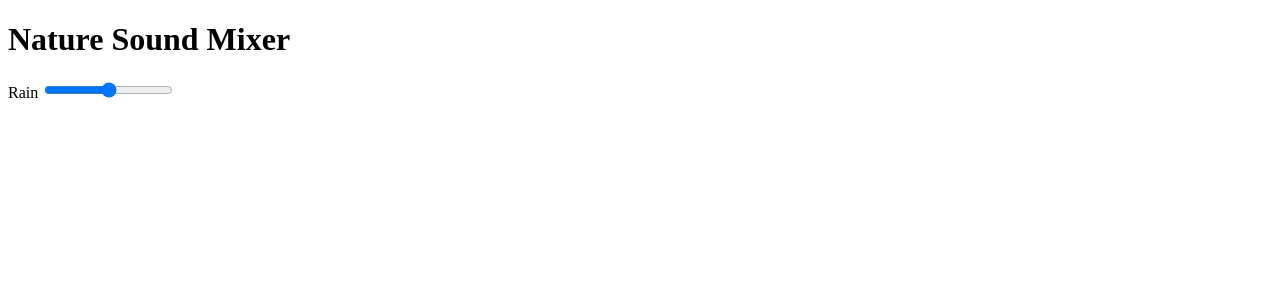
Repository: Suonii/nature-sound-mixer
Page: index.html
The author's editor kept a copy of each file at every save. The page is drawn from the files as they stood at one save, then again after a run of saves.
The browser window is 1280 px wide. The pictures show the whole page.

Above is the page before, as saved 2024-07-24 09:28:40.

### index.html
<!DOCTYPE html>
<!-- Declares the document type and version of HTML-->
<html lang="en">
<!-- Sets the language attribute to english-->
<head>
    <!--sets the character encoding for the document UTF-8-->
    <meta charset="UTF=8">
    <!--ensures the page is responsive to different screen sizes and sets the viewport(the visible area of a webpage)-->
    <meta name="viewport" content="width=device-width, initial-scale=1.0">
    <!--the title of the webpage, displayed in the browser tab-->
    <title>Nature Sound Mixer</title>
    <!--links to the external css file for styling the webpage-->
    <link rel="stylesheet" href="styles.css">

</head>
<body>
    <!--The main container for te content of the web page-->
    <div class="container">
        <!--header title for the nature sound mixer-->
        <h1>Nature Sound Mixer</h1>

        <!--sound control section for rain sound-->
        <div class="sound control" id="rain">
            <!--label for the rain volume slider-->
            <label for="rain-slider">Rain</label>
            <!--Range input slider for controlling rain sound volume-->
            <input type="range" min="0"
    </div>
</body>

Loaded but not shown: styles.css (no copy from this time; the picture is the same without it)

After the next 5 saves:
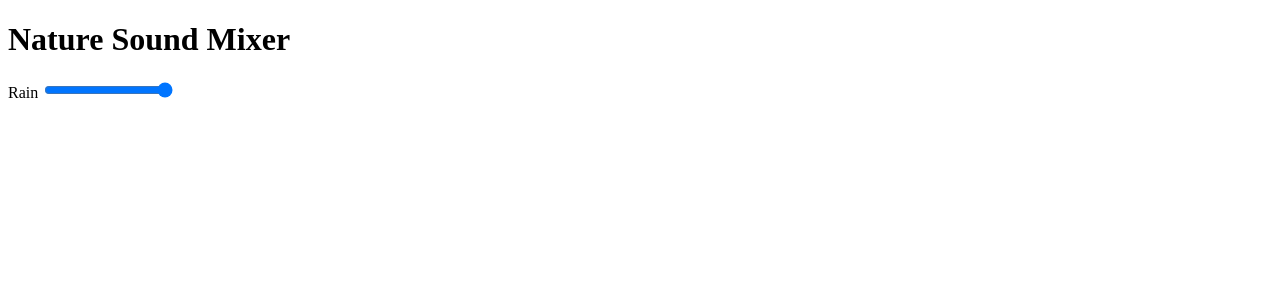
The 5 saves are shown as one change because they came seconds apart.
The last was saved 13 s later.
--- a/index.html
+++ b/index.html
@@ -24,6 +24,6 @@
             <!--label for the rain volume slider-->
             <label for="rain-slider">Rain</label>
             <!--Range input slider for controlling rain sound volume-->
-            <input type="range" min="0"
+            <input type="range" min="0" max="1" step=""
     </div>
 </body>

After the 2 saves that followed:
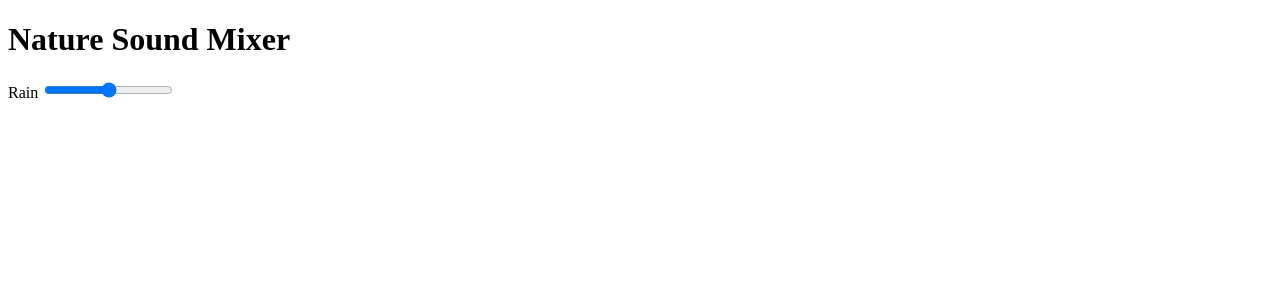
The 2 saves are shown as one change because they came seconds apart.
The last was saved 6 s later.
--- a/index.html
+++ b/index.html
@@ -24,6 +24,6 @@
             <!--label for the rain volume slider-->
             <label for="rain-slider">Rain</label>
             <!--Range input slider for controlling rain sound volume-->
-            <input type="range" min="0" max="1" step=""
+            <input type="range" min="0" max="1" step="0.01"
     </div>
 </body>
